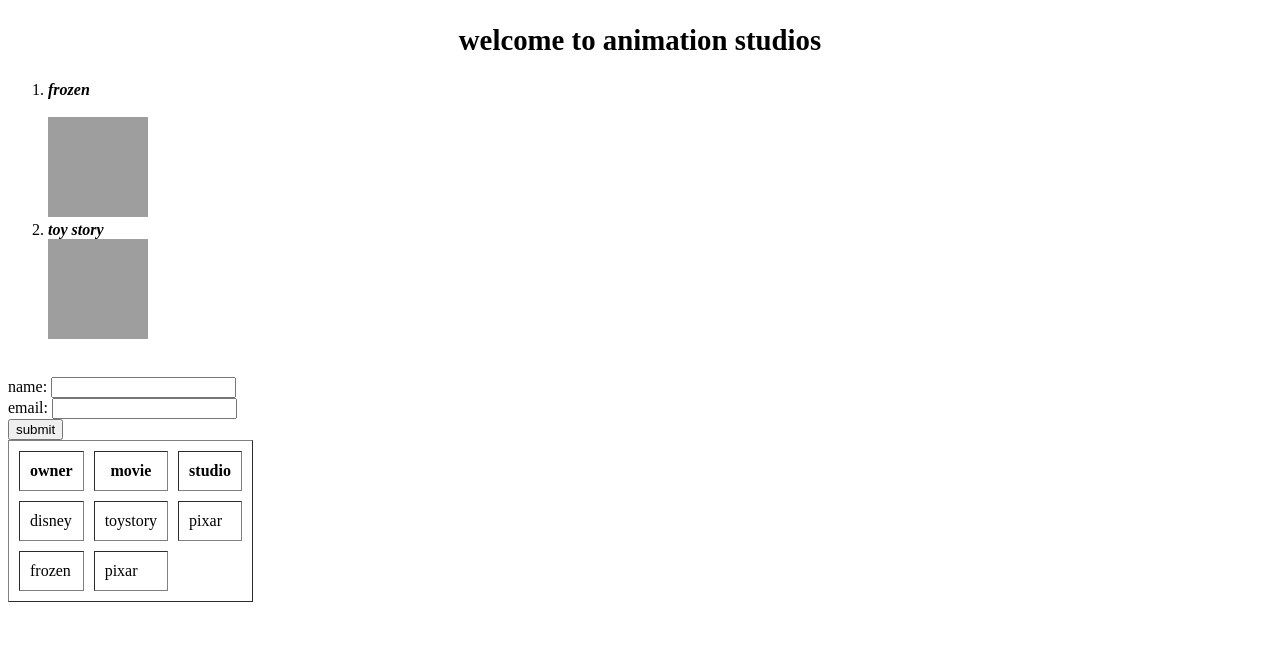
Repository: Rock-ass/New-folder--2-
Page: index.html
An editor plug-in stored every save of this project. The page is shown before and after a run of saves, followed by the edit.
The browser window is 1280 px wide. The pictures show the whole page.
Pictures or frames that could not be fetched are drawn as grey boxes.

Above is the page before, as saved 2021-12-24 21:47:12.

After the next 2 saves:
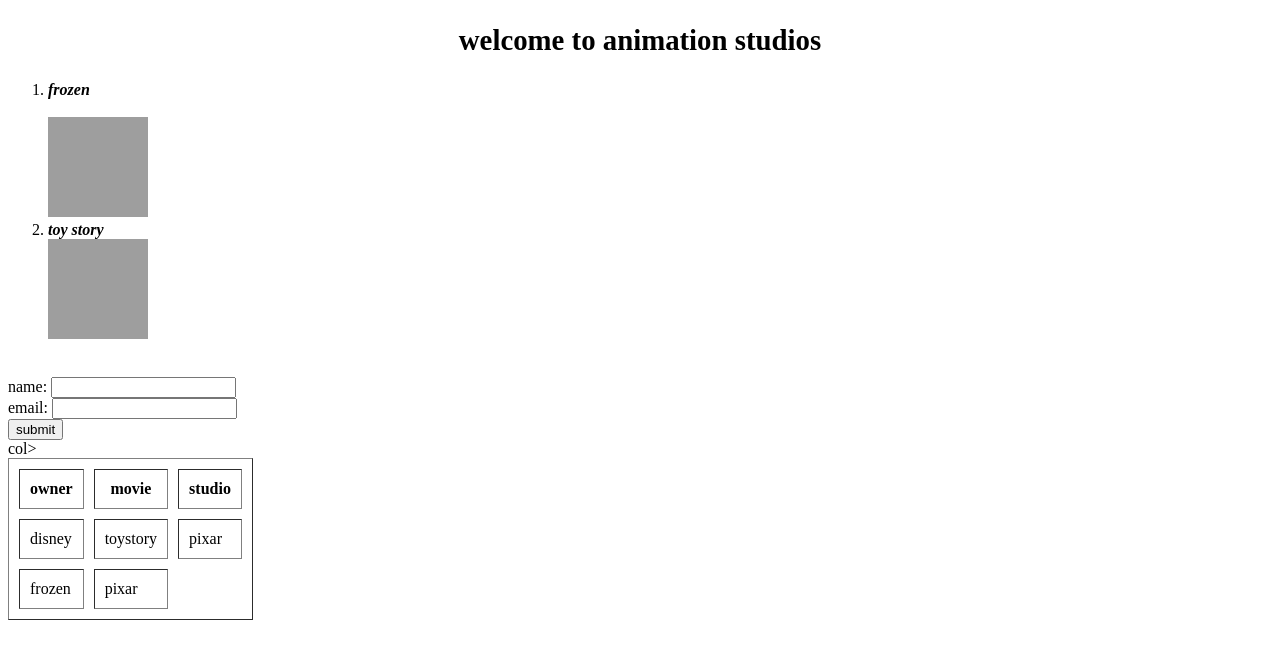
The 2 saves are shown as one change because they came seconds apart.
The last was saved 6 s later.
--- a/index.html
+++ b/index.html
@@ -89,7 +89,7 @@
 
 </tr>
 <colgroup>
-<col script writer><col
+<col script writer></colgroup>col>
 </colgroup>
 <tr>
 <td>frozen</td>

After the save that followed:
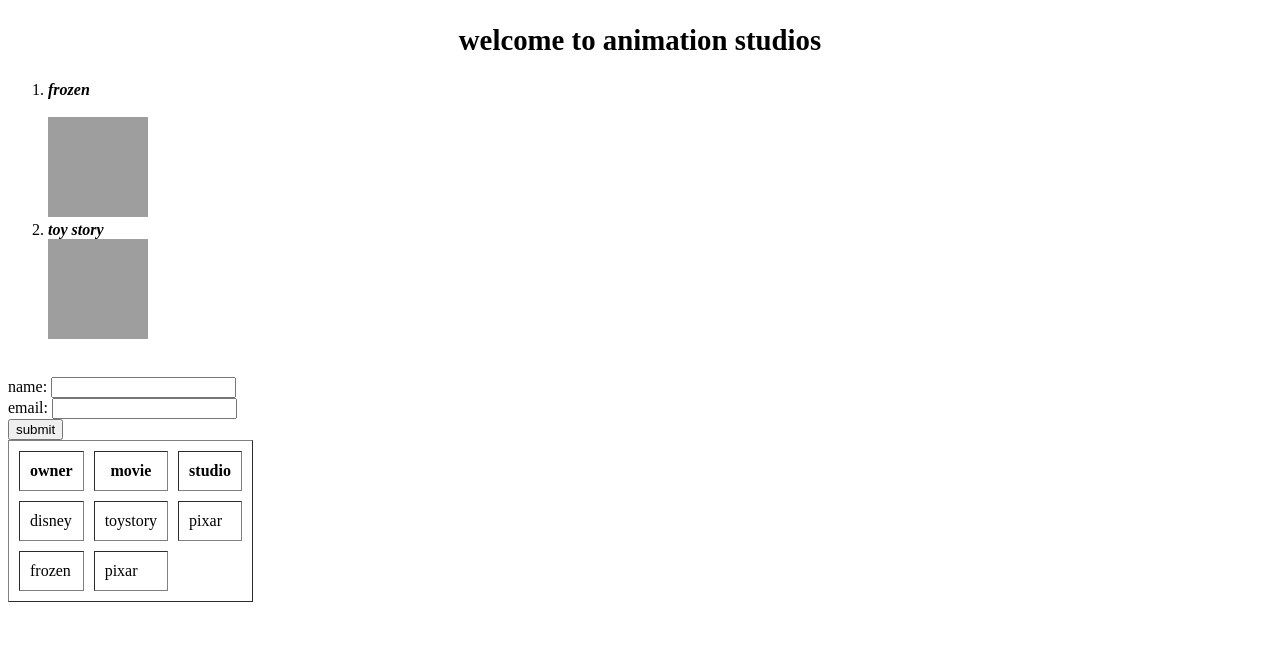
Saved 4 s later.
--- a/index.html
+++ b/index.html
@@ -89,7 +89,7 @@
 
 </tr>
 <colgroup>
-<col script writer></colgroup>col>
+<col script writer>
 </colgroup>
 <tr>
 <td>frozen</td>
